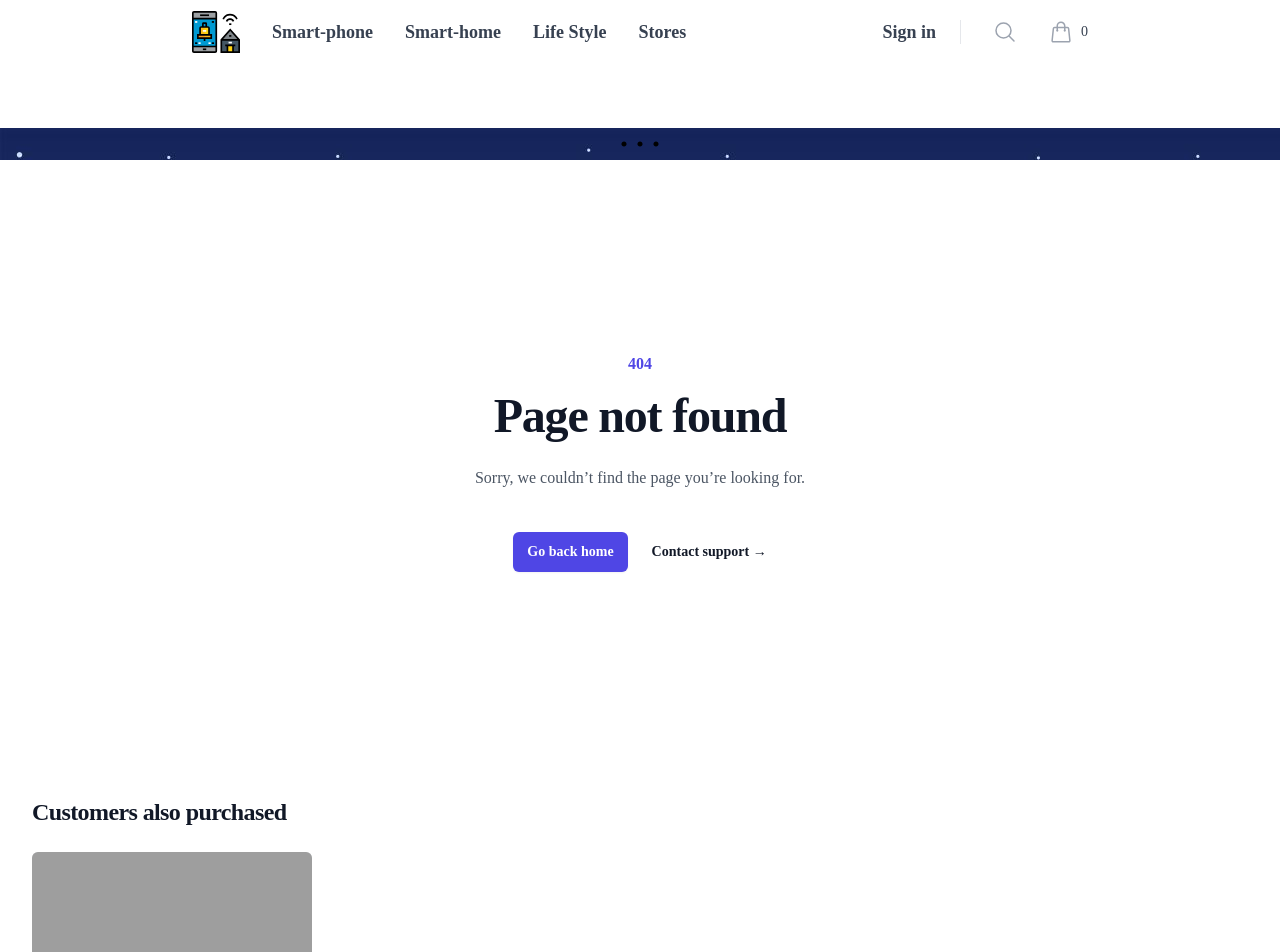
Repository: Gunplay/Smart-Home
Page: /
An editor plug-in stored every save of this project. The page is shown before and after the next save, followed by the edit.
The browser window is 1280 px wide. The pictures show the part of the page from y = 0 to 952 px (the page is 1944 px tall before and 1952 px after).
Pictures or frames that could not be fetched are drawn as grey boxes. The project was rebuilt for these pictures with package versions that can differ from the ones it lists, and the page was loaded fresh each time. Also part of the build but not shown: vite.config.js, vite.config.ts.

Above is the page before, as saved 2024-06-25 13:06:41.

### index.html
<!doctype html>
<html lang="en">

<head>
  <meta charset="UTF-8" />
  <link rel="icon" type="image/svg+xml" href="./src/assets/smart-home-svgrepo-com.svg" />
  <meta name="viewport" content="width=device-width, initial-scale=1.0" />
  <title>Smart-Home</title>
  <link real='stylesheet' href='src/style.css'>
</head>

<body>
  <div id="root"></div>

  <script type="module" src="/src/main.tsx"></script>
</body>

</html>

### src/main.tsx
import React from 'react';
import ReactDOM from 'react-dom/client';
import { BrowserRouter as Router } from 'react-router-dom';
import App from './App.tsx';
import './css/style.css';

ReactDOM.createRoot(document.getElementById('root')!).render(
	<React.StrictMode>
		<Router>
			<App />
		</Router>
	</React.StrictMode>
);

### src/App.tsx
// import { useState } from 'react';

// import reactLogo from './assets/react.svg';
// import viteLogo from '/vite.svg';
import AboutUs from './components/AboutUs';
import Carousel from './components/Carousel';
import Header from './components/Header';
import PageNotFound from './components/Page404';
import ProductsList from './components/ProductsList';

function App() {
	return (
		<>
			<div className='mr-[3.75rem] pt-[4.75rem] lg:pt-[5.25rem] overflow-hidden'>
				<Header />
				<Carousel />
			</div>
			<PageNotFound />

			<ProductsList />
			<AboutUs />
		</>
	);
}

export default App;

### src/components/AboutUs/index.tsx
const links = [
	{ name: 'Open roles', href: '#' },
	{ name: 'Internship program', href: '#' },
	{ name: 'Our values', href: '#' },
	{ name: 'Meet our leadership', href: '#' },
];
const stats = [
	{ name: 'Offices worldwide', value: '12' },
	{ name: 'Full-time colleagues', value: '300+' },
	{ name: 'Hours per week', value: '40' },
	{ name: 'Paid time off', value: 'Unlimited' },
];

export default function AboutUs() {
	return (
		<div className='relative isolate overflow-hidden bg-gray-900 py-24 sm:py-32'>
			<img
				src='https://images.unsplash.com/photo-1521737604893-d14cc237f11d?ixlib=rb-4.0.3&ixid=MnwxMjA3fDB8MHxwaG90by1wYWdlfHx8fGVufDB8fHx8&auto=format&fit=crop&crop=focalpoint&fp-y=.8&w=2830&h=1500&q=80&blend=111827&sat=-100&exp=15&blend-mode=multiply'
				alt=''
				className='absolute inset-0 -z-10 h-full w-full object-cover object-right md:object-center'
			/>
			<div
				className='hidden sm:absolute sm:-top-10 sm:right-1/2 sm:-z-10 sm:mr-10 sm:block sm:transform-gpu sm:blur-3xl'
				aria-hidden='true'
			>
				<div
					className='aspect-[1097/845] w-[68.5625rem] bg-gradient-to-tr from-[#ff4694] to-[#776fff] opacity-20'
					style={{
						clipPath:
							'polygon(74.1% 44.1%, 100% 61.6%, 97.5% 26.9%, 85.5% 0.1%, 80.7% 2%, 72.5% 32.5%, 60.2% 62.4%, 52.4% 68.1%, 47.5% 58.3%, 45.2% 34.5%, 27.5% 76.7%, 0.1% 64.9%, 17.9% 100%, 27.6% 76.8%, 76.1% 97.7%, 74.1% 44.1%)',
					}}
				/>
			</div>
			<div
				className='absolute -top-52 left-1/2 -z-10 -translate-x-1/2 transform-gpu blur-3xl sm:top-[-28rem] sm:ml-16 sm:translate-x-0 sm:transform-gpu'
				aria-hidden='true'
			>
				<div
					className='aspect-[1097/845] w-[68.5625rem] bg-gradient-to-tr from-[#ff4694] to-[#776fff] opacity-20'
					style={{
						clipPath:
							'polygon(74.1% 44.1%, 100% 61.6%, 97.5% 26.9%, 85.5% 0.1%, 80.7% 2%, 72.5% 32.5%, 60.2% 62.4%, 52.4% 68.1%, 47.5% 58.3%, 45.2% 34.5%, 27.5% 76.7%, 0.1% 64.9%, 17.9% 100%, 27.6% 76.8%, 76.1% 97.7%, 74.1% 44.1%)',
					}}
				/>
			</div>
			<div className='mx-auto max-w-7xl px-6 lg:px-8'>
				<div className='mx-auto max-w-2xl lg:mx-0'>
					<h2 className='text-4xl font-bold tracking-tight text-white sm:text-6xl'>
						Work with us
					</h2>
					<p className='mt-6 text-lg leading-8 text-gray-300'>
						Anim aute id magna aliqua ad ad non deserunt sunt. Qui irure qui
						lorem cupidatat commodo. Elit sunt amet fugiat veniam occaecat
						fugiat aliqua.
					</p>
				</div>
				<div className='mx-auto mt-10 max-w-2xl lg:mx-0 lg:max-w-none'>
					<div className='grid grid-cols-1 gap-x-8 gap-y-6 text-base font-semibold leading-7 text-white sm:grid-cols-2 md:flex lg:gap-x-10'>
						{links.map(link => (
							<a key={link.name} href={link.href}>
								{link.name} <span aria-hidden='true'>&rarr;</span>
							</a>
						))}
					</div>
					<dl className='mt-16 grid grid-cols-1 gap-8 sm:mt-20 sm:grid-cols-2 lg:grid-cols-4'>
						{stats.map(stat => (
							<div key={stat.name} className='flex flex-col-reverse'>
								<dt className='text-base leading-7 text-gray-300'>
									{stat.name}
								</dt>
								<dd className='text-2xl font-bold leading-9 tracking-tight text-white'>
									{stat.value}
								</dd>
							</div>
						))}
					</dl>
				</div>
			</div>
		</div>
	);
}

### src/components/Carousel/index.tsx
import { SetStateAction, useState } from 'react';
import { BsChevronCompactLeft, BsChevronCompactRight } from 'react-icons/bs';
import { RxDotFilled } from 'react-icons/rx';
import slideOne from '/src/assets/slider-1.jpg';
import slideTwo from '/src/assets/slider-2.jpg';
import slideThree from '/src/assets/slider-3.jpg';
const slides = [
	{
		url: slideOne,
		id: 0,
	},
	{
		url: slideTwo,
		id: 1,
	},
	{
		url: slideThree,
		id: 2,
	},
];
const Carousel = () => {
	const [currentIndex, setCurrentIndex] = useState(0);

	const prevSlide = () => {
		const isFirstSlide = currentIndex === 0;
		const newIndex = isFirstSlide ? slides.length - 1 : currentIndex - 1;
		setCurrentIndex(newIndex);
	};

	const nextSlide = () => {
		const isLastSlide = currentIndex === slides.length - 1;
		const newIndex = isLastSlide ? 0 : currentIndex + 1;
		setCurrentIndex(newIndex);
	};

	const goToSlide = (slideIndex: SetStateAction<number>) => {
		console.log(slideIndex);
		setCurrentIndex(slideIndex);
	};
	return (
		<div className='h-[780px] w-full m-auto py-16 relative group'>
			<div
				style={{ backgroundImage: `url(${slides[currentIndex].url})` }}
				className='w-full h-full bg-center bg-cover duration-500'
			>
				<div className='flex justify-center py-2'>
					{slides.map((slide, slideIndex) => (
						<div
							key={slideIndex}
							className='text-10px cursor-pointer'
							onClick={() => goToSlide(slideIndex)}
						>
							<RxDotFilled />
						</div>
					))}
				</div>
			</div>
			<div className='hidden group-hover:block absolute top-[50%] -translate-x-0 translate-y-[-50%] left-5 text-2xl rounded-full p-2 bg-black/20 text-white cursor-pointer'>
				<BsChevronCompactLeft size={30} onClick={prevSlide} />
			</div>
			<div className='hidden group-hover:block absolute top-[50%] translate-y-[-50%] right-5 text-2xl rounded-full p-2 bg-black/20 text-white cursor-pointer'>
				<BsChevronCompactRight size={30} onClick={nextSlide} />
			</div>
		</div>
	);
};

export default Carousel;

### src/components/Page404/index.tsx
export default function PageNotFound() {
	return (
		<>
			{/*
        This example requires updating your template:

        ```
        <html class="h-full">
        <body class="h-full">
        ```
      */}
			<main className='grid min-h-full place-items-center bg-white px-6 py-24 sm:py-32 lg:px-8'>
				<div className='text-center'>
					<p className='text-base font-semibold text-indigo-600'>404</p>
					<h1 className='mt-4 text-3xl font-bold tracking-tight text-gray-900 sm:text-5xl'>
						Page not found
					</h1>
					<p className='mt-6 text-base leading-7 text-gray-600'>
						Sorry, we couldn’t find the page you’re looking for.
					</p>
					<div className='mt-10 flex items-center justify-center gap-x-6'>
						<a
							href='#'
							className='rounded-md bg-indigo-600 px-3.5 py-2.5 text-sm font-semibold text-white shadow-sm hover:bg-indigo-500 focus-visible:outline focus-visible:outline-2 focus-visible:outline-offset-2 focus-visible:outline-indigo-600'
						>
							Go back home
						</a>
						<a href='#' className='text-sm font-semibold text-gray-900'>
							Contact support <span aria-hidden='true'>&rarr;</span>
						</a>
					</div>
				</div>
			</main>
		</>
	);
}

### src/components/ProductsList/index.tsx
/*
  This example requires some changes to your config:

  ```
  // tailwind.config.js
  module.exports = {
    // ...
    plugins: [
      // ...
      require('@tailwindcss/aspect-ratio'),
    ],
  }
  ```
*/
const products = [
	{
		id: 1,
		name: 'Basic Tee',
		href: '#',
		imageSrc:
			'https://tailwindui.com/img/ecommerce-images/product-page-01-related-product-01.jpg',
		imageAlt: "Front of men's Basic Tee in black.",
		price: '$35',
		color: 'Black',
	},
	// More products...
];

export default function ProductsList() {
	return (
		<div className='bg-white'>
			<div className='mx-auto max-w-2xl px-4 py-16 sm:px-6 sm:py-24 lg:max-w-7xl lg:px-8'>
				<h2 className='text-2xl font-bold tracking-tight text-gray-900'>
					Customers also purchased
				</h2>

				<div className='mt-6 grid grid-cols-1 gap-x-6 gap-y-10 sm:grid-cols-2 lg:grid-cols-4 xl:gap-x-8'>
					{products.map(product => (
						<div key={product.id} className='group relative'>
							<div className='aspect-h-1 aspect-w-1 w-full overflow-hidden rounded-md bg-gray-200 lg:aspect-none group-hover:opacity-75 lg:h-80'>
								<img
									src={product.imageSrc}
									alt={product.imageAlt}
									className='h-full w-full object-cover object-center lg:h-full lg:w-full'
								/>
							</div>
							<div className='mt-4 flex justify-between'>
								<div>
									<h3 className='text-sm text-gray-700'>
										<a href={product.href}>
											<span aria-hidden='true' className='absolute inset-0' />
											{product.name}
										</a>
									</h3>
									<p className='mt-1 text-sm text-gray-500'>{product.color}</p>
								</div>
								<p className='text-sm font-medium text-gray-900'>
									{product.price}
								</p>
							</div>
						</div>
					))}
				</div>
			</div>
		</div>
	);
}

Loaded but not shown: src/css/style.css (1876 lines, source omitted); src/components/Header/index.tsx (539 lines, source omitted)

After the next save:
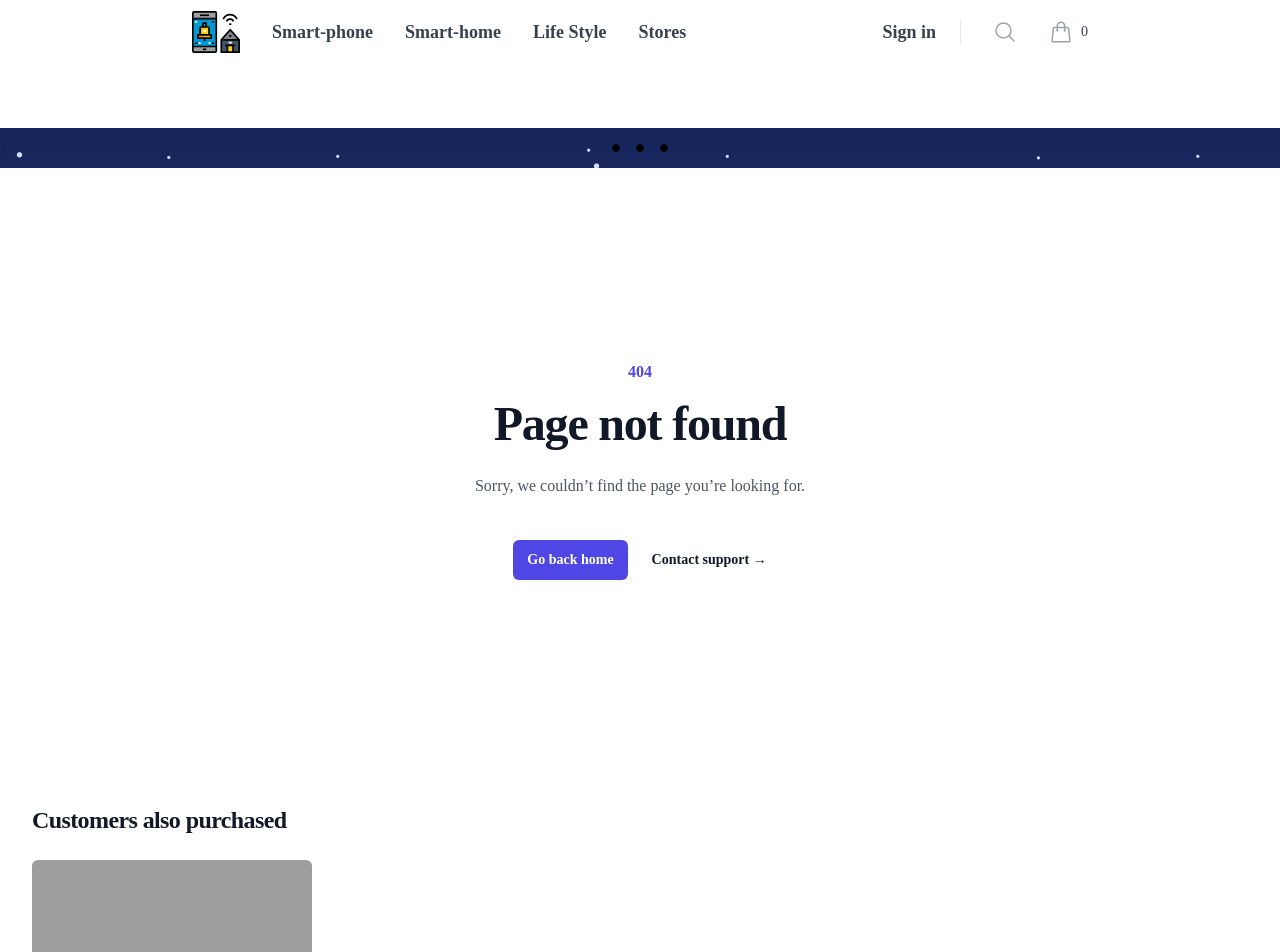
Saved 20 s later.
--- a/src/components/Carousel/index.tsx
+++ b/src/components/Carousel/index.tsx
@@ -38,16 +38,16 @@ const Carousel = () => {
 		setCurrentIndex(slideIndex);
 	};
 	return (
-		<div className='h-[780px] w-full m-auto py-16 relative group'>
+		<div className='max-w-[1600px] h-[780px] w-full m-auto py-16 relative group'>
 			<div
 				style={{ backgroundImage: `url(${slides[currentIndex].url})` }}
 				className='w-full h-full bg-center bg-cover duration-500'
 			>
-				<div className='flex justify-center py-2'>
+				<div className='flex top-4 justify-center py-2'>
 					{slides.map((slide, slideIndex) => (
 						<div
 							key={slideIndex}
-							className='text-10px cursor-pointer'
+							className='text-2xl cursor-pointer'
 							onClick={() => goToSlide(slideIndex)}
 						>
 							<RxDotFilled />
